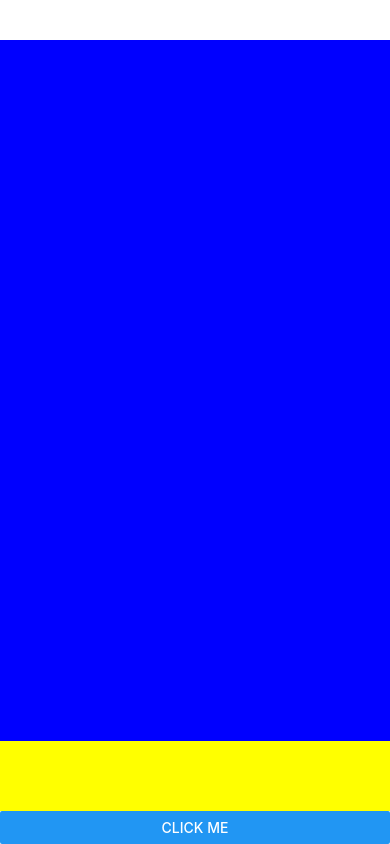
Repository: akinmiday/ReactNativeApp
Screen: /
The author's editor kept a copy of each file at every save. The screen is drawn from the files as they stood at one save, then again after the next save.
The app was drawn by React Native's web renderer in a window 390 px wide. The project was rebuilt for these pictures with package versions that can differ from the ones it lists, and the page was loaded fresh each time.

Above is the screen before, as saved 2023-08-03 18:50:00.

### App.js
import { useEffect, useState } from "react";
import {
  View,
  Text,
  TextInput,
  Button,
  Alert,
  TouchableWithoutFeedback,
  Keyboard,
  TouchableOpacity,
} from "react-native";
import styles from "./styles";

export default function App() {
  const { container, label } = styles;

  return (
    <View style={container}>
      <View style={{ backgroundColor: "blue", flex: 10 }}></View>
      <View style={{ backgroundColor: "yellow", flex: 1 }}></View>
      <Button title="Click me" />
    </View>
  );
}

### styles.js
import { StyleSheet } from "react-native";

const styles = StyleSheet.create({
  container: {
    marginTop: 40,
    backgroundColor: "#fff",
    flex: 1,
  },
});

export default styles;

After the next save:
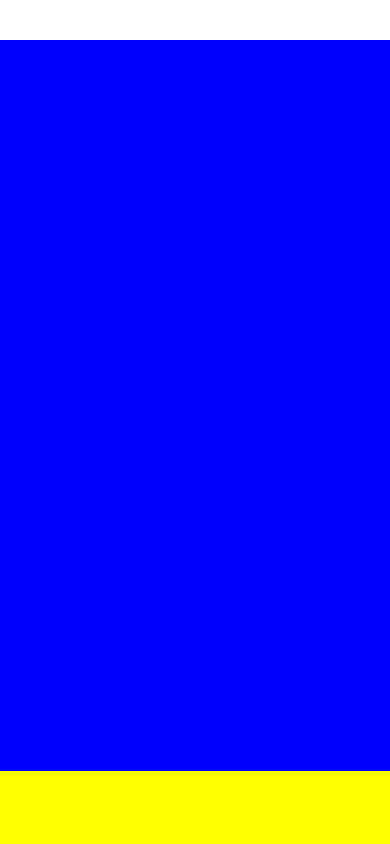
Saved 42 s later.
--- a/App.js
+++ b/App.js
@@ -18,7 +18,7 @@ export default function App() {
     <View style={container}>
       <View style={{ backgroundColor: "blue", flex: 10 }}></View>
       <View style={{ backgroundColor: "yellow", flex: 1 }}></View>
-      <Button title="Click me" />
+      <View></View>
     </View>
   );
 }
